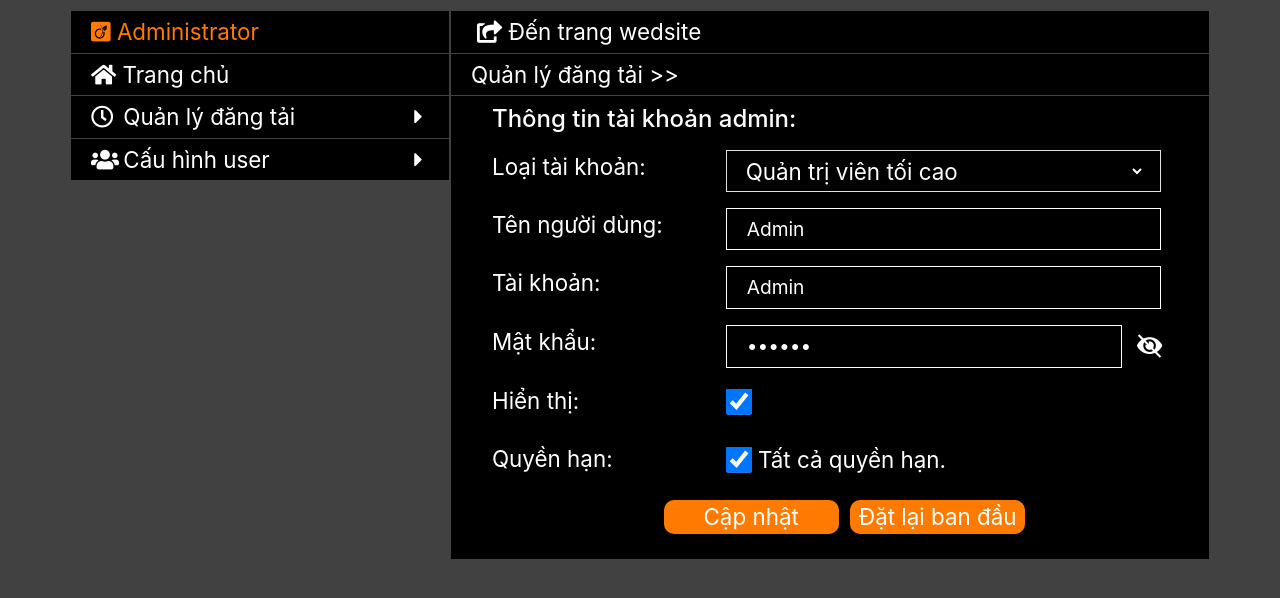
Repository: SonNguyen892002/Lau-Dai-Code
Page: http://localhost/wed-jdbc-1-2023/views/admin/tkadmin.jsp
The author's editor kept a copy of each file at every save. The page is drawn from the files as they stood at one save, then again after the next save.
The browser window is 1280 px wide. The pictures show the whole page.
The page is served by Tomcat 9. Nobody is signed in. The application's start-up code is not run. Other server files are loaded and not shown.

Above is the page before, as saved 2022-01-15 10:17:42.

### workspace/wed-jdbc-1-2023/src/main/webapp/views/admin/tkadmin.jsp
<%@ page language="java" contentType="text/html; charset=UTF-8"
	pageEncoding="UTF-8"%>
<%@ include file="header.jsp"%>

<form action="">

	<div class="black p2">
		<h4>Thông tin tài khoản admin:</h4>

		<div class="row mt">
			<div class="col-xl-4">
				<label for="admin">Loại tài khoản:</label>
			</div>

			<div class="col-xl-7 border">
				<select name="tkadmin" id="admin">
					<option value="1">Quản trị viên tối cao</option>
				</select>
			</div>
		</div>

		<div class="row mt">
			<div class="col-xl-4">
				<label for="user">Tên người dùng:</label>
			</div>

			<div class="col-xl-7 p0">
				<input type="text" name="" id="user" value="Admin">
			</div>
		</div>
		<div class="row mt">
			<div class="col-xl-4">
				<label for="username">Tài khoản:</label>
			</div>

			<div class="col-xl-7 p0">
				<input type="text" name="" id="username" value="Admin">
			</div>
		</div>
		<div class="row mt">
			<div class="col-xl-4">
				<label for="fullpass">Mật khẩu:</label>
			</div>

			<div class="col-xl-7 p0">
				<div class="row">
					<div class="col-xl-11">
						<input type="password" name="" id="fullpass" value="123456">
					</div>
					<div class="col-xl-1 p0" id="btnPassword">
						<i class="fas fa-eye a"></i>
					</div>
				</div>
			</div>
		</div>

		<div class="row mt">
			<div class="col-xl-4">
				<label for="ht">Hiển thị:</label>
			</div>

			<div class="col-xl-7 p0">
				<input type="checkbox" name="" id="ht" checked>
			</div>
		</div>

		<div class="row mt">
			<div class="col-xl-4">
				<label for="qh">Quyền hạn:</label>
			</div>

			<div class="col-xl-7 p0">
				<input id="qh" type="checkbox" name="" id="ht" checked> <label
					for="">Tất cả quyền hạn.</label>
			</div>
		</div>

		<div class="row center mt mb">
			<div class="col-xl-3 col-lg-3 col-sm-3 col-3 p0">
				<input type="button" value="Cập nhật">
			</div>

			<div class="col-xl-3 col-lg-3 col-sm-3 col-3 p0">
				<input type="reset" value="Đặt lại ban đầu">
			</div>
		</div>
	</div>

</form>

<script>
	const ipnElement = document.querySelector('#fullpass');
	const btnElement = document.querySelector('#btnPassword');

	// step 2
	btnElement.addEventListener('click', function() {
		// step 3
		const currentType = ipnElement.getAttribute('type');
		// step 4
		ipnElement.setAttribute('type', currentType === 'password' ? 'text'
				: 'password');

		if (currentType === 'password') {
			btnElement.classList.add('b');
		} else {
			btnElement.classList.remove('b');
		}
	});
</script>

<%@ include file="footer.jsp"%>

### workspace/wed-jdbc-1-2023/src/main/webapp/views/admin/header.jsp
<%@ page language="java" contentType="text/html; charset=UTF-8"
    pageEncoding="UTF-8"%>
<!DOCTYPE html>
<html>
<head>
    <meta charset="UTF-8">
    <title>admin</title>
    <link rel="stylesheet" href="./styleadmin.css">
    <link rel="stylesheet" href="../fontawesome-free-5.15.3-web/css/all.min.css">
    <link rel="stylesheet" href="https://cdn.jsdelivr.net/npm/bootstrap@4.6.1/dist/css/bootstrap.min.css">
</head>
<body>

    <div class="container mb">
        <div class="row">

            <div class="col-xl-4 p0">

                <div class="black p2 sz">
                    <i class="fab fa-viadeo-square"></i>
                    Administrator
                </div>

                <div class="black p2">
                    <i class="fas fa-home"></i>
                    Trang chủ
                </div>

                <!-- QUẢN LÝ ĐĂNG TẢI -->
                <div class="black p2">
                    <div id="btn" onclick="Button()" class="row">
                        <div class="col-xl-1">
                            <i class="far fa-clock"></i>
                        </div>

                        <div class="col-xl-9">
                            <span>
                                Quản lý đăng tải
                            </span>
                        </div>

                        <div class="col-xl-2">
                            <span class="a">
                                <i class="fas fa-caret-right"></i>
                            </span>
                        </div>
                    </div>

                    <div id="menu" class="off">
                        <a href="./dangtaiphim.jsp" class="black p2">
                            <i class="fas fa-angle-right"></i>
                            <span>Đăng tải phim</span>
                        </a>

                        <a href="./qlphim.jsp" class="black p2">
                            <i class="fas fa-angle-right"></i>
                            <span>Quản lý phim</span>
                        </a>
                    </div>
                </div>

                <!-- CẤU HÌNH USER -->
                <div class="black p2">
                    <div id="btn" onclick="Button1()" class="row">
                        <div class="col-xl-1 col-lg-1 col-sm-1 col-1">
                            <i class="fas fa-users"></i>
                        </div>

                        <div class="col-xl-9 col-lg-9 col-sm-9 col-9">
                            <span>
                                Cấu hình user
                            </span>
                        </div>

                        <div class="col-xl-2 col-lg-2 col-sm-2 col-2">
                            <span class="a1">
                                <i class="fas fa-caret-right"></i>
                            </span>
                        </div>
                    </div>

                    <div id="menu1" class="off">
                        <a href="./tkadmin.jsp" class="black p2">
                            <i class="fas fa-angle-right"></i>
                            <span>Tài khoản admin</span>
                        </a>

                        <a href="./phanquyen.jsp" class="black p2">
                            <i class="fas fa-angle-right"></i>
                            <span>Phân quyền</span>
                        </a>

                        <a href="./qluser.jsp" class="black p2">
                            <i class="fas fa-angle-right"></i>
                            <span>Quản lý user</span>
                        </a>
                    </div>
                </div>

            </div>

            <div class="col-xl-8 p0">

                <div class="black p2">
                    <a href="#">
                        <i class="fas fa-share-square"></i>
                        Đến trang wedsite
                    </a>
                </div>

                <div class="black p2">
                    <span class="t">Quản lý đăng tải >></span>
                </div>

                <div class="black p2">

### workspace/wed-jdbc-1-2023/src/main/webapp/views/admin/footer.jsp
</div>
            </div>
        </div>

    </div>

    <script>
        const navMenu = document.querySelector('#menu');
        const navMenu1 = document.querySelector('#menu1');
        const navDown = document.querySelector('.a');
        const navDown1 = document.querySelector('.a1');

        function Button() {
            navMenu.classList.toggle('off');
            navDown.classList.toggle('down');
        }

        function Button1() {
            navMenu1.classList.toggle('off');
            navDown1.classList.toggle('down');
        }
    </script>

</body>
</html>

### workspace/wed-jdbc-1-2023/src/main/webapp/decorators/admin/styleadmin.css
:root{
    --color-orange: #FF7A00;
    --color-white: rgb(255, 255, 255);
    --background-black: #000;
}

*{
    padding: 0;
    margin: 0;
    box-sizing: border-box;
}

body{
    background-color: #414141 !important;
    font-size: 62.5%;
    font-family: 'Lato', sans-serif;
}

a{
    color: var(--color-white) !important;
    display: block;
    margin: 0 6px;
    transition: 0.2s;
}

.white{
    background-color: var(--color-white);
    color:rgb(73, 22, 22);
    padding: 6px 16px;
}

.backgr{
    background-color: var(--color-white);
    color:#000 !important;
    border-radius: 8px;
}

.backgr:hover{
    background-color: var(--color-orange);
    color:#fff !important;
}

.p3{
    padding: 2px 6px !important;
}

.p4{
    padding: 0 0 0 6px !important;
}

#btn:hover,
a:hover{
    text-decoration: none !important;
    color: var(--color-orange) !important;
    cursor: pointer;
}

.container{
    margin-top: 10px;
}

.black{
    background-color: var(--background-black);
    color: var(--color-white);
    font-size: 1.4rem;
}

.p0{
    padding: 0 !important;
}

.p2{
    padding: 4px 0 4px 20px;
    margin: 1px !important;
}

.mt{
    margin-top: 16px;
}

.m0{
    margin: 0 !important;
}

.mb{
    margin-bottom: 16px;
}

.mr{
    margin-right: 16px;
}

.sz{
    color: var(--color-orange);
}

.off{
    display: none;
}

.down{
    transform:rotate(90deg);
    display: inline-block;
}

.active{
    color: var(--color-orange) !important;
}

.border{
    border: 1px solid #fff;
}

.border input{
    font-size:1rem;
}

h5{
    transform: translateY(30%);
}

select{
    width: 100%;
    background-color: transparent;
    transform: translateY(14%);
    color: #fff;
    outline: none;
    border: none;
}

select option{
    color: #000;
}

input[type="text"],
input[type="password"],
textarea {
    width: 100%;
    background-color: transparent;
    border: 1px solid #fff;
    color: #fff;
    outline: none;
    padding: 6px 0 6px 20px;
    font-size:1.2rem;
}

input[type="text"]::placeholder{
    color: rgba(255, 255, 255, 0.404);
}

input[type="button"],
input[type="reset"]{
    width: 94%;
    color: var(--color-white);
    background-color: var(--color-orange);
    border-radius:10px;
    outline: none;
    border: none;
}

input[type="checkbox"]{
    transform: translateY(18%);
    width: 26px;
    height: 26px;
}

.ct,
td,th{
    text-align: center !important;
}

.center{
    justify-content: center;
}

table{
    width: 98%;
}

th{
    border: 1px solid rgba(255, 72, 0, 0.5);
    font-size: 1.4rem;
    font-weight: 500;
}

td{
    background: var(--color-white);
    border: 1px solid rgba(255, 72, 0, 0.5);
    color: #000;
    font-weight: 900;
}

#btnPassword{
    position: relative;
}

#btnPassword i{
    transform: translateY(20%);
}

#btnPassword::before{
    content: "";
    position: absolute;
    top: 46%;
    left: -8%;
    width: 80%;
    height: 2px;
    background: var(--color-white);
    display: block;
    transform:rotate(45deg);
}

.b::before{
    display: none !important;
}

Loaded but not shown: workspace/wed-jdbc-1-2023/src/main/webapp/template/icon/fontawesome-free-5.15.3-web/css/all.min.css (library)

After the next save:
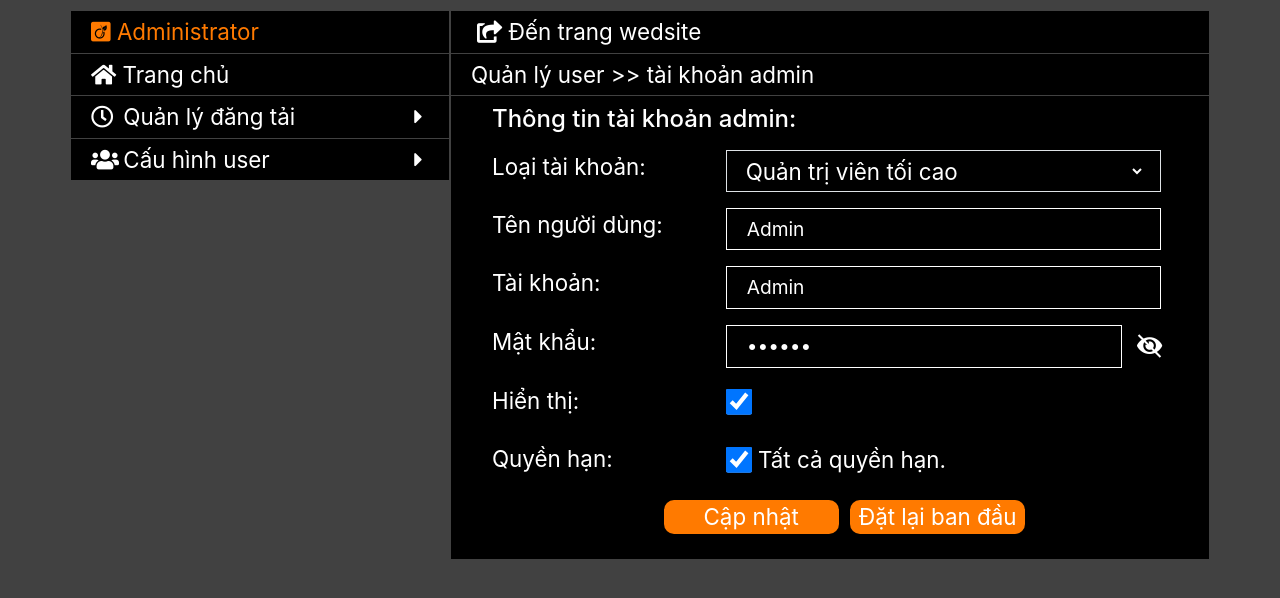
Saved 55 s later.
--- a/workspace/wed-jdbc-1-2023/src/main/webapp/views/admin/tkadmin.jsp
+++ b/workspace/wed-jdbc-1-2023/src/main/webapp/views/admin/tkadmin.jsp
@@ -89,6 +89,10 @@
 </form>
 
 <script>
+
+	const btnA = document.querySelector('.t');
+	btnA.innerHTML = "Quản lý user >> tài khoản admin";
+
 	const ipnElement = document.querySelector('#fullpass');
 	const btnElement = document.querySelector('#btnPassword');
 
